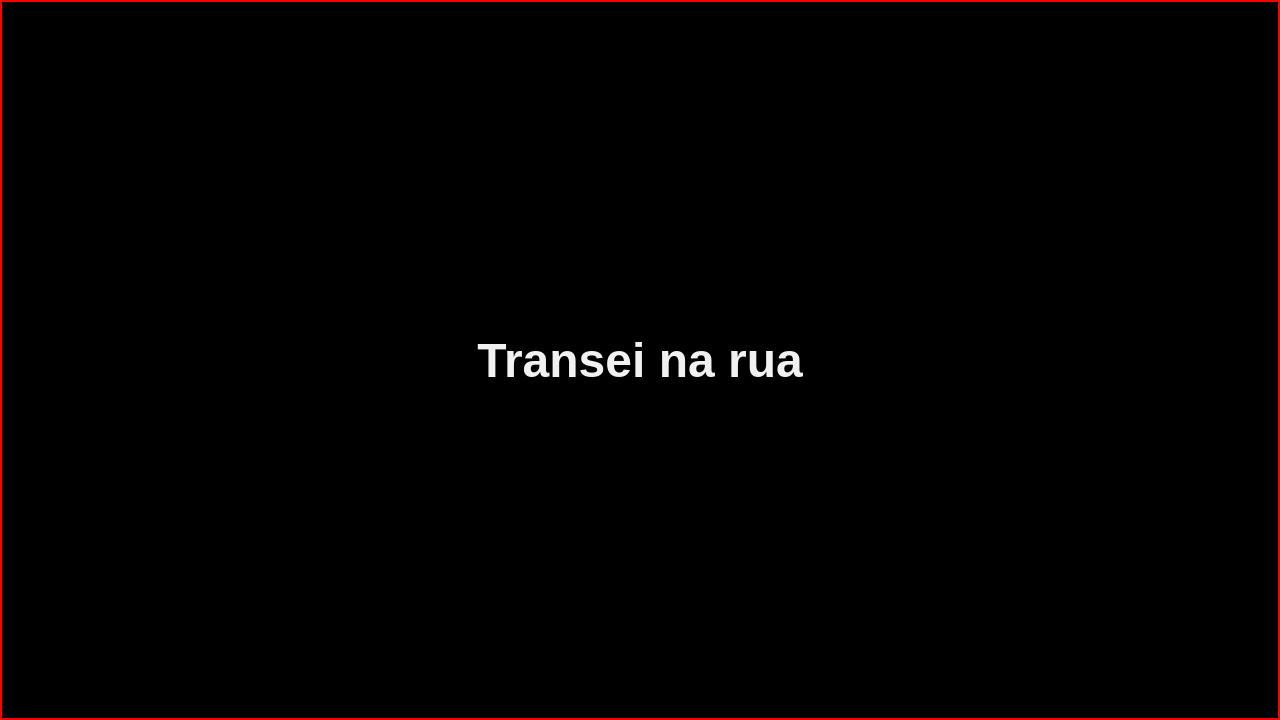
Repository: odiloalmeida/inever
Page: index.html
The author's editor kept a copy of each file at every save. The page is drawn from the files as they stood at one save, then again after the next save.
The browser window is 1280 px wide. The pictures show the whole page.
After loading, the first visible `#myButton` was clicked once.

Above is the page before, as saved 2023-01-31 21:18:06.

After the next save:
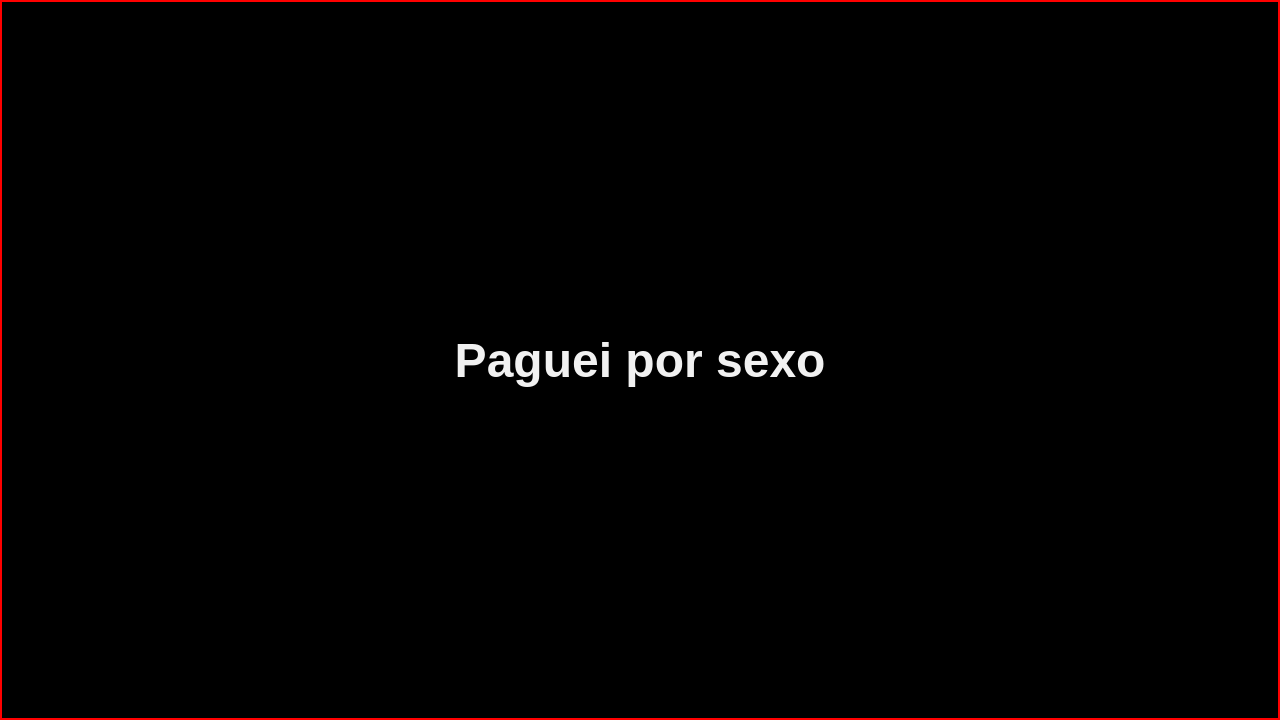
Saved 2 min 45 s later.
--- a/index.html
+++ b/index.html
@@ -69,7 +69,8 @@
         "Espiei alguém tomando banho",
         "Tomei banho com alguém",
         "Enfiei o dedo no orifício de alguém (kkkk)",
-        "Eu nunca fiquei com um amigo do meu amigo eme arrependi"
+        "Eu nunca fiquei com um amigo do meu amigo eme arrependi",
+        "Eu nunca tive uma DST"
 
         ];
 
